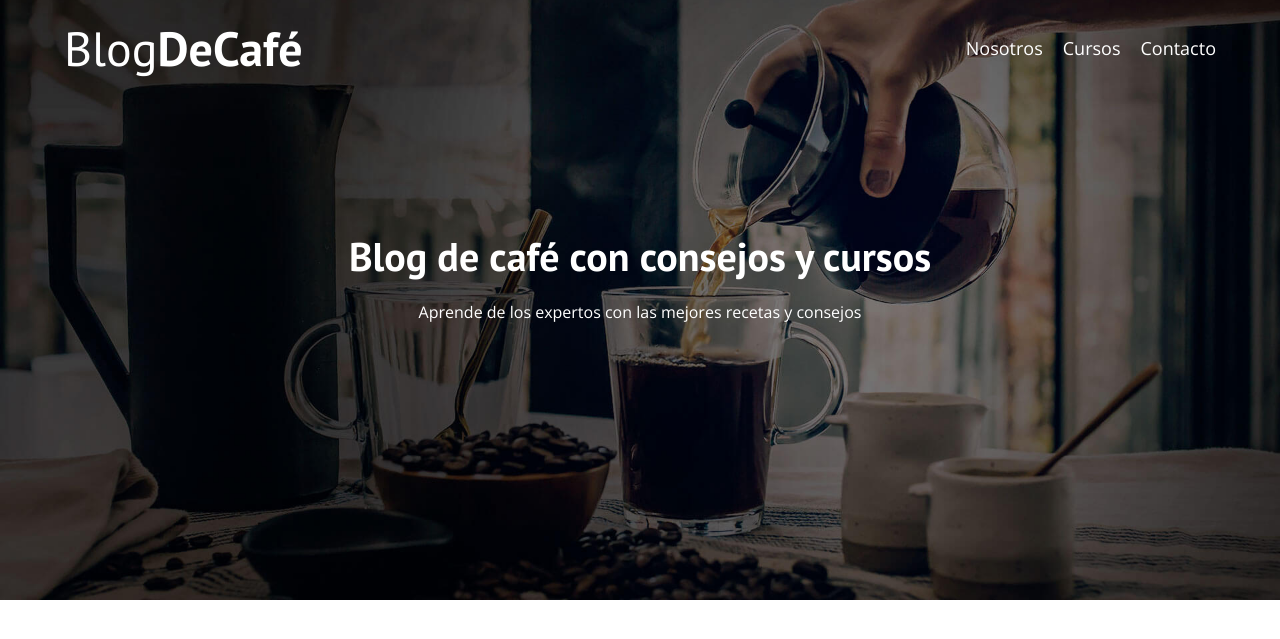
Repository: araque1990/blog_de_cafe
Page: index.html
The author's editor kept a copy of each file at every save. The page is drawn from the files as they stood at one save, then again after the next save.
The browser window is 1280 px wide. The pictures show the whole page.

Above is the page before, as saved 2023-01-11 11:43:07.

### index.html
<!DOCTYPE html>
<html lang="es">
<head>
  <meta charset="UTF-8">
  <meta http-equiv="X-UA-Compatible" content="IE=edge">
  <meta name="viewport" content="width=device-width, initial-scale=1.0">
  <title>Blog de Café</title>
  <link rel="stylesheet" href="css/normalize.css">
  <link rel="preconnect" href="https://fonts.googleapis.com"><link rel="preconnect" href="https://fonts.gstatic.com" crossorigin><link href="https://fonts.googleapis.com/css2?family=Open+Sans&family=PT+Sans:wght@400;700&display=swap" rel="stylesheet">
  <link rel="stylesheet" href="css/styles.css">
</head>
<body>

  <header class="header">
    <div class="contenedor">
      <div class="barra">
        <a class="logo" href="index.html">
          <h1 class="logo__nombre no-margin centrar-texto">Blog<span class="logo__bold">DeCafé</span></h1>
        </a>

        <nav class="navegacion">
          <a href="nosotros.html" class="navegacion__enlace">Nosotros</a>
          <a href="cursos.html" class="navegacion__enlace">Cursos</a>
          <a href="contacto.html" class="navegacion__enlace">Contacto</a>
        </nav>
      </div>
    </div>
    <div class="header__texto">
      <h2 class="no-margin">Blog de café con consejos y cursos</h2>
      <p class="no-margin">Aprende de los expertos con las mejores recetas y consejos</p>
    </div>
  </header>

</body>
</html>

### css/styles.css
:root {
  --fuenteHeading: 'PT Sans', sans-serif;
  --fuenteParrafos: 'Open Sans', sans-serif;

  --primario: #784D3C;
  --blanco: #FFF;
  --negro: #000;
}
html {
  box-sizing: border-box;
  font-size: 62.5%;
}
*, *:before, *:after {
  box-sizing: inherit;
}
body {
  font-family: var(--fuenteParrafos);
  font-size: 1.6rem;
  line-height: 2;
}

/* Globales */
.contenedor {
  max-width: 120rem;
  width: 90%;
  margin: 0 auto;
}
a {
  text-decoration: none;
}
h1, h2, h3, h4 {
  font-family: var(--fuenteHeading);
}
h1 {
  font-size: 4.8rem;
}
h2 {
  font-size: 4rem;
}
h3 {
  font-size: 3.2rem;
}
h4 {
  font-size: 2.8rem;
}
img {
  max-width: 100%;
}

/* Utilidades */
.no-margin {
  margin: 0;
}
.no-padding {
  padding: 0;
}
.centrar-texto {
  text-align: center;
}

/* Header */
.header {
  background-image: url(../img/banner.jpg);
  height: 60rem;
  background-size: cover;
  background-repeat: no-repeat;
  background-position: center center;
}
.header__texto {
  text-align: center;
  color: var(--blanco);
  margin-top: 5rem;
}

@media (min-width: 768px) {
  .header__texto {
    margin-top: 12rem;
  }
}

@media (min-width: 768px) {
  .barra {
    display: flex;
    justify-content: space-between;
    align-items: center;
  }
}
.logo {
  color: var(--blanco);
}
.logo__nombre {
  font-weight: 400;
}
.logo__bold {
  font-weight: 700;
}

@media (min-width: 768px) {
  .navegacion {
    display: flex;
    gap: 2rem;
  }
}
.navegacion__enlace {
  display: block;
  text-align: center;
  font-size: 1.8rem;
  color: var(--blanco);
}

Loaded but not shown: css/normalize.css (library)

After the next save:
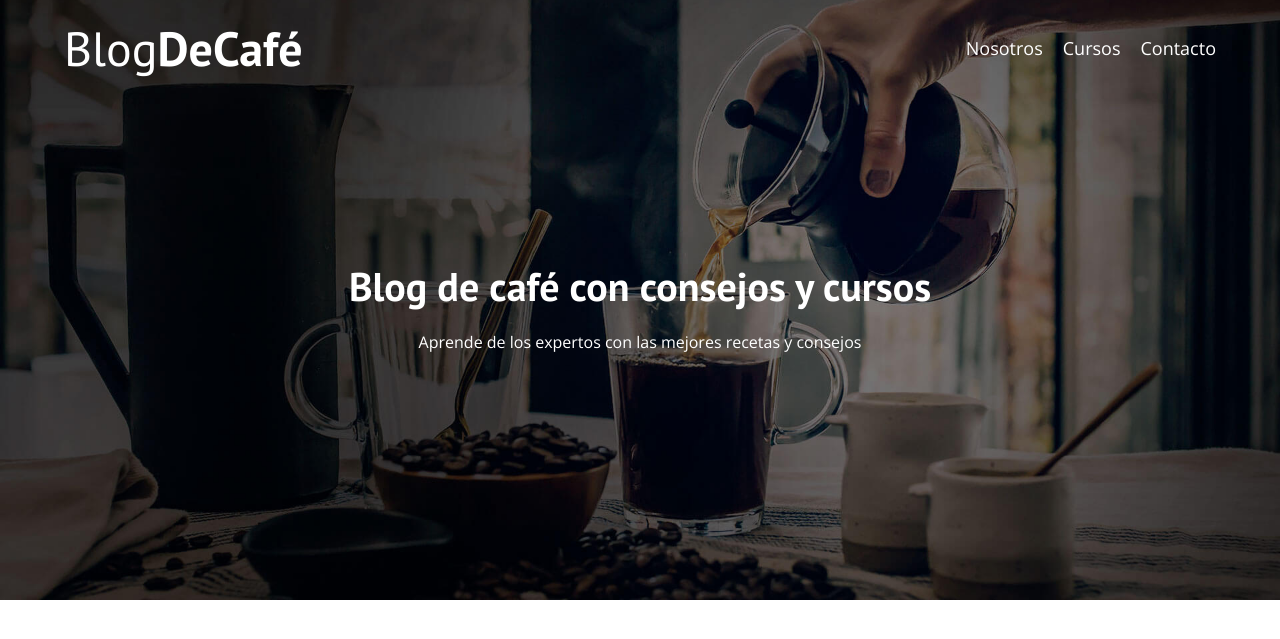
Saved 55 s later.
--- a/css/styles.css
+++ b/css/styles.css
@@ -74,7 +74,7 @@ img {
 
 @media (min-width: 768px) {
   .header__texto {
-    margin-top: 12rem;
+    margin-top: 15rem;
   }
 }
 
